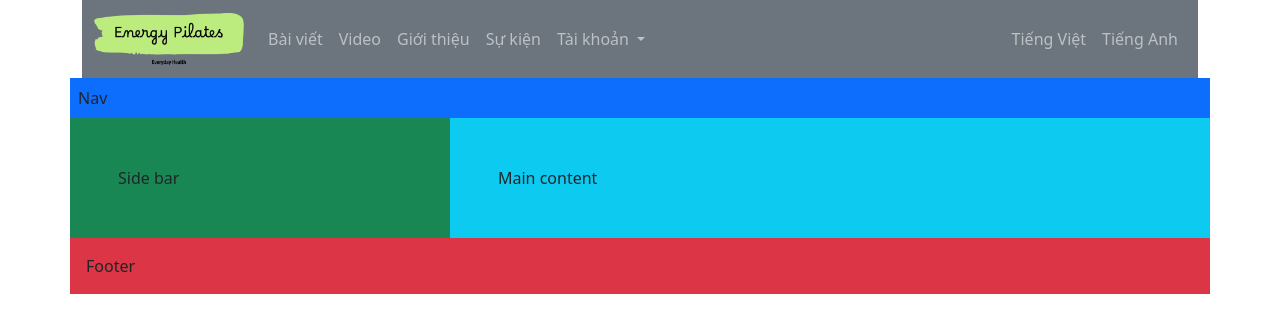
Repository: KizukoHeiwa/SOF308
Page: Lab1/index.html
The author's editor kept a copy of each file at every save. The page is drawn from the files as they stood at one save, then again after the next save.
The browser window is 1280 px wide. The pictures show the whole page.

Above is the page before, as saved 2024-10-31 09:53:49.

After the next save:
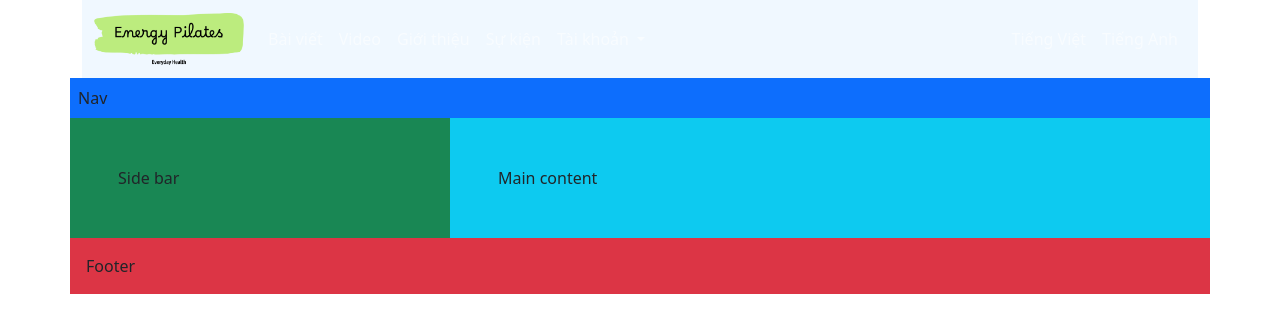
Saved 51 s later.
--- a/Lab1/index.html
+++ b/Lab1/index.html
@@ -9,7 +9,7 @@
 </head>
 <body>
     <div class="container">
-        <header class="bg-secondary">
+        <header class="" style="background-color: #F0F8FF;">
             <nav class="navbar navbar-expand-sm navbar-dark">
                 <div class="container">
                     <a class="navbar-brand" href="">
